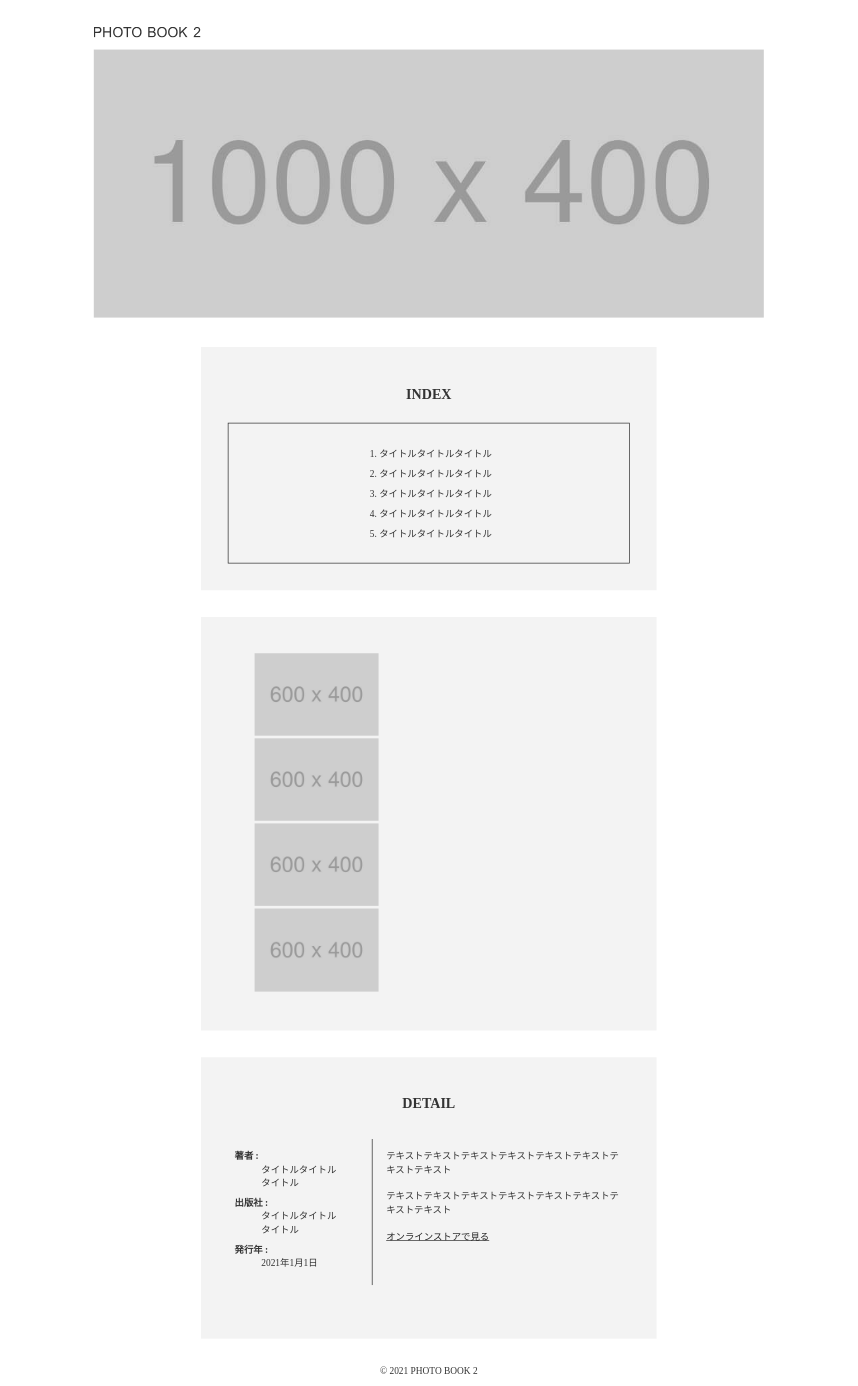
Repository: Fuki-san/photo-book-2
Page: http://localhost/photobook
The author's editor kept a copy of each file at every save. The page is drawn from the files as they stood at one save, then again after the next save.
The browser window is 1280 px wide. The pictures show the whole page, at 67% of full size.
The page is served by the project's Laravel application, run on PHP 8.4 with Laravel 10. Other server files are loaded and not shown.

Above is the page before, as saved 2023-12-01 12:32:52.

### routes/web.php
<?php

use Illuminate\Support\Facades\Route;

/*
|--------------------------------------------------------------------------
| Web Routes
|--------------------------------------------------------------------------
|
| Here is where you can register web routes for your application. These
| routes are loaded by the RouteServiceProvider and all of them will
| be assigned to the "web" middleware group. Make something great!
|
*/

Route::get('/', function () {
    return view('welcome');
});

Route::get('photobook', function() {
    return view('photobook');
})->name('photobook');

### resources/views/photobook.blade.php
@extends('layouts.main')

@section('title', 'photobook')

@section('content')
    <div class="container">
        <header id="header">
            <h1 class="site-title"><a href="#"><img src="img/logo.svg" alt=""></a></h1>
        </header>

        <main>

            <div id="mainvisual">
                <img src="img/mainvisual.jpg" alt="">
            </div>

            <section id="index">
                <div class="inner">
                    <h2 class="sec-title">INDEX</h2>
                    <div class="index-inner">
                        <ol class="index-list">
                            <li>タイトルタイトルタイトル</li>
                            <li>タイトルタイトルタイトル</li>
                            <li>タイトルタイトルタイトル</li>
                            <li>タイトルタイトルタイトル</li>
                            <li>タイトルタイトルタイトル</li>
                        </ol>
                    </div>
                </div>
            </section>

                <div class="inner">
                    <ul class="list">
                        <li><img src="img/photo1.jpg" alt=""></li>
                        <li><img src="img/photo2.jpg" alt=""></li>
                        <li><img src="img/photo3.jpg" alt=""></li>
                        <li><img src="img/photo4.jpg" alt=""></li>
                    </ul>
                </div>

            <section id="detail">
                <div class="inner">
                    <h2 class="sec-title">DETAIL</h2>
                    <div class="flex">
                        <dl>
                            <dt>著者 : </dt>
                            <dd>タイトルタイトルタイトル</dd>
                            <dt>出版社 : </dt>
                            <dd>タイトルタイトルタイトル</dd>
                            <dt>発行年 : </dt>
                            <dd>2021年1月1日</dd>
                        </dl>
                        <div class="text">
                            <p>テキストテキストテキストテキストテキストテキストテキストテキスト</p>
                            <p>テキストテキストテキストテキストテキストテキストテキストテキスト</p>
                            <a href="#" class="link" target="_blank" rel="noopener noreferrer">オンラインストアで見る</a>
                        </div>
                    </div>
                </div>
            </section>
        </main>

        <footer id="footer">
            <p>&copy; 2021 PHOTO BOOK 2</p>
        </footer>

    </div>
@endsection

### resources/views/layouts/main.blade.php
<!DOCTYPE html>
<html lang="ja">
<head>
    <meta charset="UTF-8">
    <meta name="viewport" content="width=device-width, initial-scale=1.0">
    <meta http-equiv="X-UA-Compatible" content="ie=edge">
    <link rel="stylesheet" href="{{ asset('css/reset.css') }}">
    <link rel="stylesheet" href="{{ asset('css/style.css') }}">
    <link rel="icon" href="img/favicon.ico">
    <title>@yield('title')</title>
</head>
<body>
    @yield('content')
</body>
</html>

### public/css/style.css
@charset "utf-8";

html{
    font-size: 100%;
}
body{
    color: #333;
    font-size: 0.875rem;
}
img{
    max-width: 100%;
}
ul{
    list-style: none;
}
.container{
    max-width: 1000px;
    margin: 0 auto;
}
.inner{
    margin: 0 auto;
    max-width: 600px;
}

/* header */
#header{
    margin: 40px 0 10px 0;
}
#header .site-title{
    width: 160px;
    line-height: 1px;
}
#header .site-title a{
    display: block;
}
/* indexx */
.inner{
    background-color: #f3f3f3;
    padding: 40px;
    margin: 40px auto 40px auto;
}
.sec-title{
    display: flex;
    justify-content: center;
    margin-bottom: 30px;
}

#index .index-list{
    margin-left: 20px;
    justify-content: center;
    padding: 20px 40px;
}
#index .index-list li{
    margin-bottom: 10px;
}
#index .index-list li:last-child{
    margin-bottom: 0;
}
#index .index-inner{
    border: solid 1px #242424;
    display: flex;
    justify-content: center;
}

.list{
    display: flex;
    flex-wrap: wrap;
}
.list img{
    width: 33%;
}

/* detaill */
.flex{
    display: flex;
    padding: 10px;
    margin-bottom: 30px;
}
.text{
    border-left: solid 1px #242424;
    padding-left: 20px;
}
.text a{
    color: #242424;
}
.text a:hover{
    opacity: 0.7;
}
.text p{
    margin-bottom: 20px;
}
#detail dt{
    font-weight: bold;
}
#detail dd{
    margin-bottom: 10px;

}
#detail dl{
    padding-right: 40px;
}

/* footerrr */
#footer{
    text-align: center;
}

### public/img/logo.svg
<?xml version="1.0" encoding="utf-8"?>
<!-- Generator: Adobe Illustrator 15.1.0, SVG Export Plug-In . SVG Version: 6.00 Build 0)  -->
<!DOCTYPE svg PUBLIC "-//W3C//DTD SVG 1.1//EN" "http://www.w3.org/Graphics/SVG/1.1/DTD/svg11.dtd">
<svg version="1.1" id="レイヤー_1" xmlns="http://www.w3.org/2000/svg" xmlns:xlink="http://www.w3.org/1999/xlink" x="0px"
	 y="0px" width="1600px" height="156px" viewBox="0 0 1600 156" enable-background="new 0 0 1600 156" xml:space="preserve">
<g>
	<path fill="#333333" d="M0,152.092V2.65h56.373c9.92,0,17.498,0.477,22.731,1.428c7.34,1.223,13.49,3.552,18.451,6.982
		c4.96,3.433,8.953,8.241,11.978,14.425c3.022,6.185,4.536,12.98,4.536,20.387c0,12.709-4.043,23.463-12.129,32.264
		c-8.09,8.802-22.699,13.202-43.834,13.202h-38.33v60.754H0z M19.775,73.702h38.636c12.775,0,21.847-2.379,27.217-7.136
		c5.369-4.757,8.053-11.451,8.053-20.082c0-6.252-1.581-11.604-4.741-16.056c-3.16-4.45-7.324-7.391-12.487-8.817
		c-3.33-0.883-9.481-1.325-18.452-1.325H19.775V73.702z"/>
	<path fill="#333333" d="M139.859,152.092V2.65h19.776v61.367h77.677V2.65h19.775v149.441h-19.775V81.652h-77.677v70.439H139.859z"
		/>
	<path fill="#333333" d="M288.174,79.309c0-24.805,6.66-44.224,19.98-58.258C321.473,7.019,338.667,0,359.735,0
		c13.795,0,26.232,3.298,37.309,9.889c11.076,6.593,19.521,15.784,25.332,27.574c5.811,11.791,8.716,25.163,8.716,40.112
		c0,15.155-3.059,28.713-9.175,40.674c-6.116,11.961-14.781,21.016-25.993,27.166c-11.214,6.15-23.311,9.226-36.291,9.226
		c-14.067,0-26.641-3.398-37.717-10.194c-11.079-6.794-19.471-16.071-25.179-27.829C291.029,104.86,288.174,92.425,288.174,79.309z
		 M308.562,79.614c0,18.01,4.843,32.197,14.527,42.559c9.684,10.364,21.831,15.546,36.442,15.546
		c14.884,0,27.131-5.231,36.75-15.699c9.615-10.464,14.423-25.313,14.423-44.546c0-12.165-2.057-22.784-6.167-31.856
		c-4.112-9.071-10.126-16.106-18.043-21.101c-7.917-4.995-16.804-7.493-26.656-7.493c-14,0-26.046,4.81-36.137,14.425
		C313.608,41.065,308.562,57.121,308.562,79.614z"/>
	<path fill="#333333" d="M490.425,152.092V20.286h-49.237V2.65h118.451v17.636h-49.439v131.806H490.425z"/>
	<path fill="#333333" d="M570.14,79.309c0-24.805,6.658-44.224,19.979-58.258C603.438,7.019,620.632,0,641.7,0
		c13.794,0,26.23,3.298,37.309,9.889c11.076,6.593,19.522,15.784,25.331,27.574c5.813,11.791,8.717,25.163,8.717,40.112
		c0,15.155-3.059,28.713-9.176,40.674c-6.114,11.961-14.779,21.016-25.992,27.166s-23.311,9.226-36.291,9.226
		c-14.068,0-26.641-3.398-37.717-10.194c-11.078-6.794-19.47-16.071-25.179-27.829C572.994,104.86,570.14,92.425,570.14,79.309z
		 M590.526,79.614c0,18.01,4.843,32.197,14.527,42.559c9.685,10.364,21.83,15.546,36.442,15.546
		c14.883,0,27.132-5.231,36.748-15.699c9.615-10.464,14.424-25.313,14.424-44.546c0-12.165-2.057-22.784-6.166-31.856
		c-4.113-9.071-10.127-16.106-18.043-21.101c-7.918-4.995-16.804-7.493-26.658-7.493c-14,0-26.044,4.81-36.136,14.425
		C595.572,41.065,590.526,57.121,590.526,79.614z"/>
	<path fill="#333333" d="M812.43,152.092V2.65h56.066c11.416,0,20.573,1.514,27.472,4.537c6.896,3.024,12.3,7.68,16.209,13.966
		c3.907,6.286,5.861,12.861,5.861,19.724c0,6.39-1.732,12.404-5.198,18.044c-3.467,5.641-8.7,10.193-15.7,13.659
		c9.039,2.65,15.987,7.172,20.848,13.558c4.857,6.389,7.289,13.933,7.289,22.631c0,7-1.479,13.506-4.435,19.521
		c-2.957,6.016-6.612,10.652-10.958,13.915c-4.352,3.261-9.806,5.726-16.363,7.391c-6.558,1.666-14.593,2.497-24.106,2.497H812.43z
		 M832.206,65.444h32.313c8.768,0,15.053-0.576,18.859-1.733c5.027-1.493,8.818-3.975,11.366-7.439
		c2.548-3.468,3.822-7.815,3.822-13.049c0-4.961-1.188-9.328-3.567-13.099c-2.38-3.773-5.776-6.354-10.192-7.748
		c-4.419-1.393-11.997-2.09-22.733-2.09h-29.868V65.444z M832.206,134.457h37.208c6.386,0,10.872-0.237,13.455-0.715
		c4.552-0.814,8.358-2.173,11.417-4.077c3.058-1.901,5.571-4.672,7.544-8.308c1.971-3.634,2.956-7.832,2.956-12.589
		c0-5.571-1.428-10.414-4.281-14.526c-2.854-4.111-6.814-6.999-11.876-8.665c-5.063-1.664-12.354-2.497-21.865-2.497h-34.558
		V134.457z"/>
	<path fill="#333333" d="M946.479,79.309c0-24.805,6.659-44.224,19.979-58.258C979.776,7.019,996.972,0,1018.039,0
		c13.794,0,26.23,3.298,37.309,9.889c11.077,6.593,19.521,15.784,25.331,27.574c5.812,11.791,8.717,25.163,8.717,40.112
		c0,15.155-3.058,28.713-9.175,40.674s-14.781,21.016-25.994,27.166s-23.311,9.226-36.29,9.226
		c-14.068,0-26.641-3.398-37.717-10.194c-11.078-6.794-19.47-16.071-25.18-27.829C949.332,104.86,946.479,92.425,946.479,79.309z
		 M966.865,79.614c0,18.01,4.842,32.197,14.526,42.559c9.685,10.364,21.83,15.546,36.442,15.546
		c14.884,0,27.133-5.231,36.749-15.699c9.615-10.464,14.424-25.313,14.424-44.546c0-12.165-2.057-22.784-6.166-31.856
		c-4.113-9.071-10.127-16.106-18.044-21.101c-7.917-4.995-16.803-7.493-26.657-7.493c-14.001,0-26.044,4.81-36.136,14.425
		C971.91,41.065,966.865,57.121,966.865,79.614z"/>
	<path fill="#333333" d="M1108.865,79.309c0-24.805,6.66-44.224,19.979-58.258C1142.163,7.019,1159.357,0,1180.426,0
		c13.794,0,26.23,3.298,37.31,9.889c11.076,6.593,19.521,15.784,25.332,27.574c5.811,11.791,8.715,25.163,8.715,40.112
		c0,15.155-3.059,28.713-9.175,40.674c-6.115,11.961-14.779,21.016-25.993,27.166s-23.312,9.226-36.29,9.226
		c-14.068,0-26.642-3.398-37.719-10.194c-11.078-6.794-19.469-16.071-25.177-27.829
		C1111.719,104.86,1108.865,92.425,1108.865,79.309z M1129.254,79.614c0,18.01,4.842,32.197,14.525,42.559
		c9.684,10.364,21.831,15.546,36.442,15.546c14.882,0,27.131-5.231,36.749-15.699c9.615-10.464,14.424-25.313,14.424-44.546
		c0-12.165-2.057-22.784-6.167-31.856c-4.113-9.071-10.127-16.106-18.043-21.101c-7.917-4.995-16.804-7.493-26.658-7.493
		c-13.999,0-26.044,4.81-36.135,14.425C1134.298,41.065,1129.254,57.121,1129.254,79.614z"/>
	<path fill="#333333" d="M1276.45,152.092V2.65h19.776V76.76l74.211-74.109h26.81l-62.691,60.552l65.444,88.89h-26.096
		l-53.213-75.638l-24.465,23.854v51.784H1276.45z"/>
</g>
<path fill="#333333" d="M1588.863,134.712v17.636h-98.777c-0.138-4.417,0.575-8.665,2.14-12.743
	c2.514-6.728,6.54-13.354,12.079-19.878c5.539-6.523,13.541-14.067,24.008-22.63c16.242-13.319,27.218-23.87,32.926-31.652
	c5.709-7.78,8.563-15.138,8.563-22.069c0-7.271-2.601-13.405-7.799-18.4c-5.199-4.995-11.978-7.492-20.337-7.492
	c-8.835,0-15.902,2.65-21.203,7.951s-7.986,12.641-8.053,22.019l-18.859-1.937c1.29-14.067,6.149-24.787,14.577-32.162
	c8.427-7.373,19.741-11.061,33.946-11.061c14.338,0,25.688,3.976,34.048,11.927c8.358,7.951,12.538,17.807,12.538,29.563
	c0,5.981-1.224,11.86-3.67,17.636c-2.446,5.776-6.508,11.86-12.182,18.247c-5.676,6.389-15.104,15.155-28.288,26.3
	c-11.009,9.243-18.078,15.513-21.203,18.808c-3.127,3.298-5.708,6.61-7.747,9.939H1588.863z"/>
</svg>

After the next save:
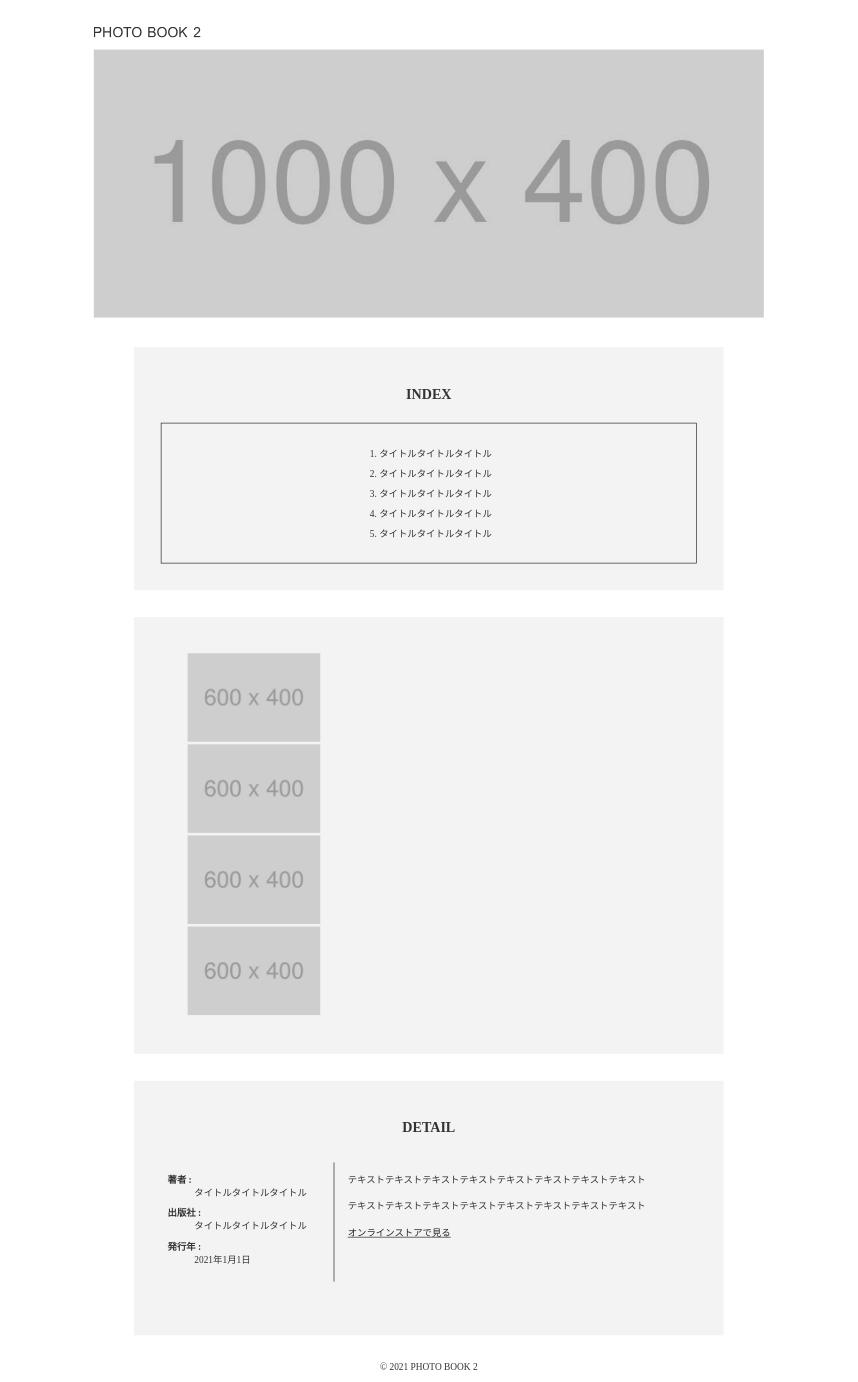
Saved 48 s later.
--- a/public/css/style.css
+++ b/public/css/style.css
@@ -19,7 +19,7 @@ ul{
 }
 .inner{
     margin: 0 auto;
-    max-width: 600px;
+    max-width: 800px;
 }
 
 /* header */
